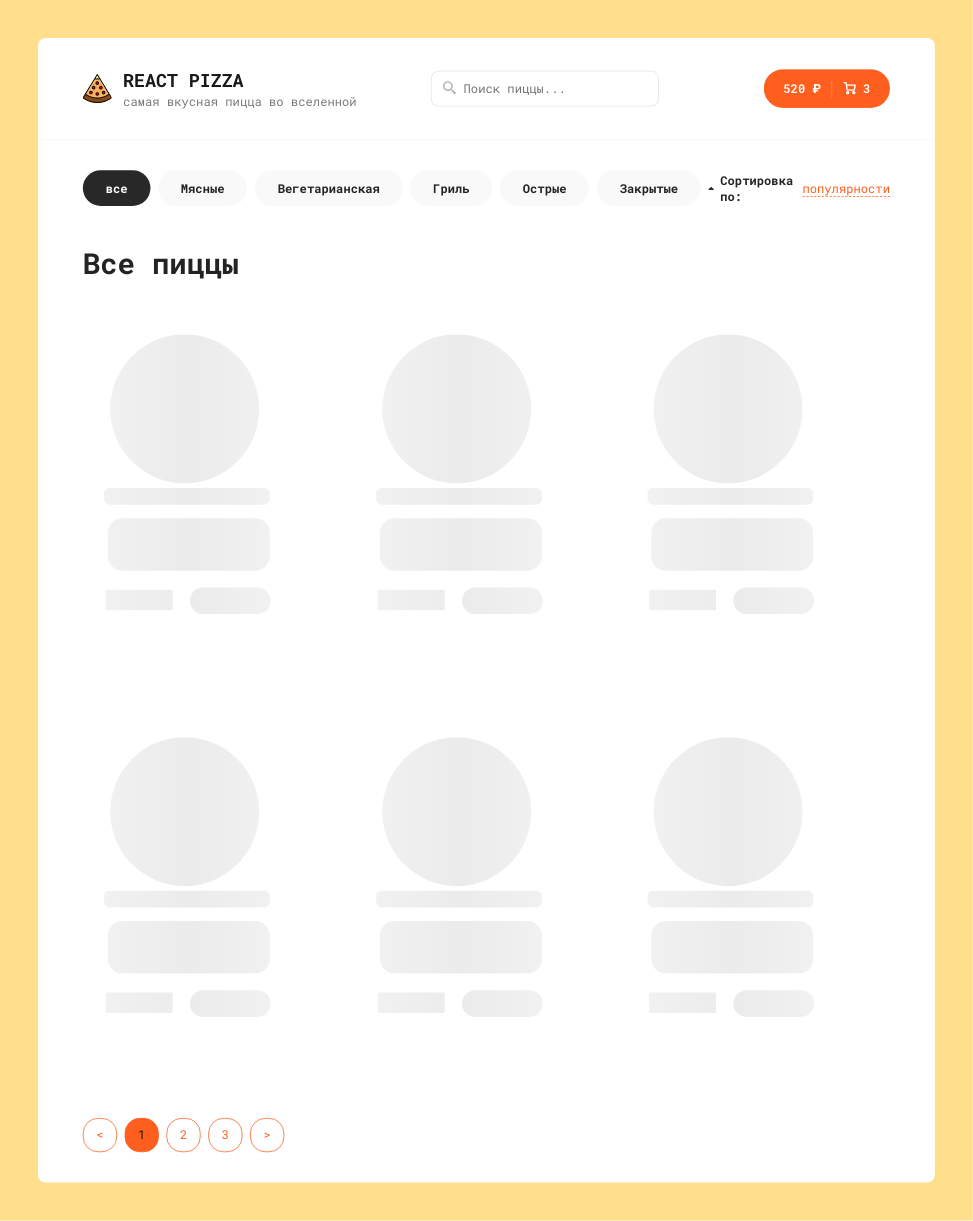
Repository: TI-IT/react-pizza2
Page: /
The author's editor kept a copy of each file at every save. The page is drawn from the files as they stood at one save, then again after the next save.
The browser window is 1280 px wide. The pictures show the whole page, at 76% of full size.
The page's requests for data from a server got no answer. The project was rebuilt for these pictures with package versions that can differ from the ones it lists, and the page was loaded fresh each time. No one was signed in, and anything a server would have sent is missing. Also part of the build but not shown: src/components/PizzaBlock.jsx, src/pages/Cart.jsx, src/components/NotFoundBlock/NotFounBlock.module.scss, src/components/NotFoundBlock/index.jsx, src/pages/NotFound.tsx.

Above is the page before, as saved 2022-10-17 20:20:17.

After the next save:
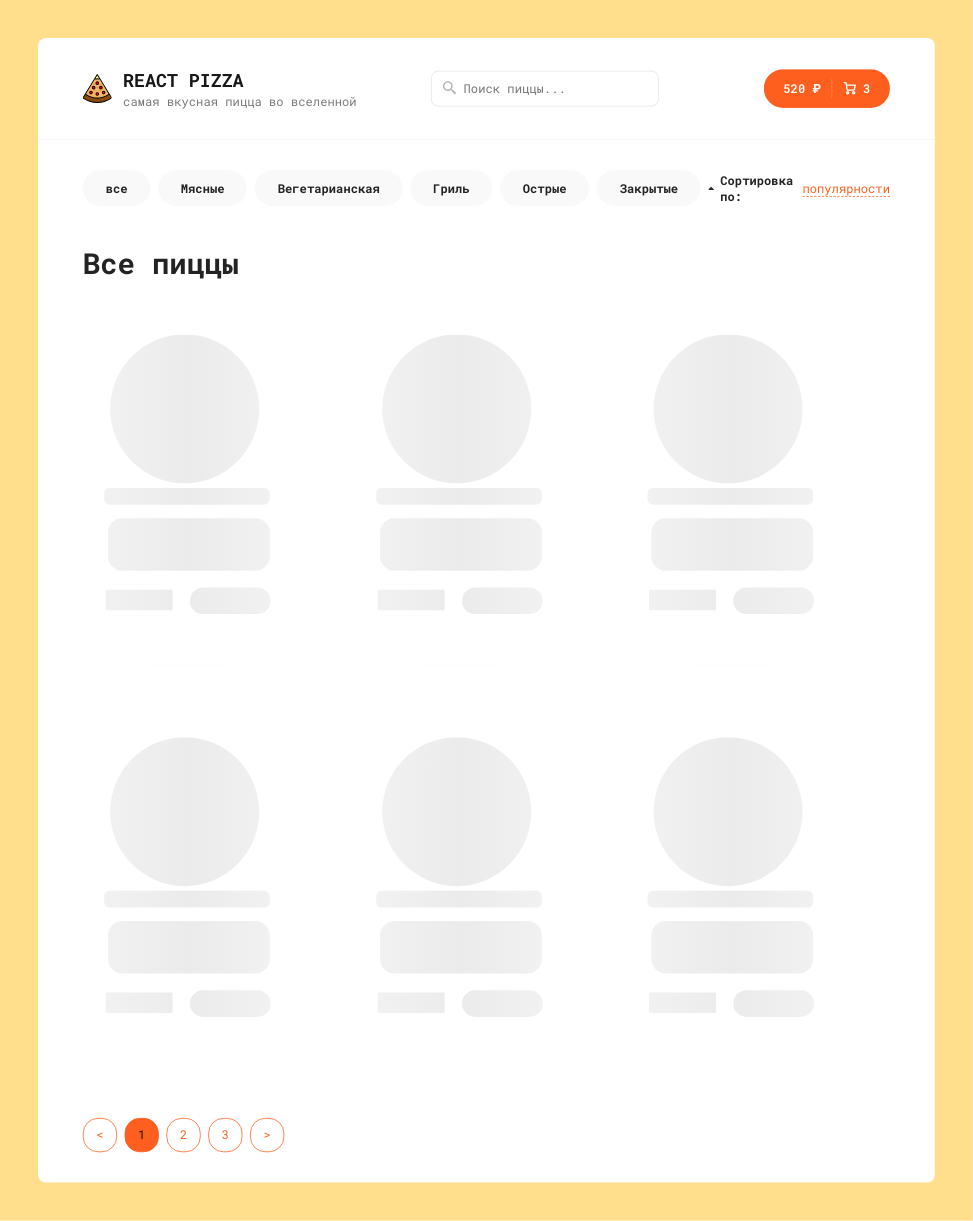
Saved 22 s later.
--- a/src/redux/slices/filterSlice.js
+++ b/src/redux/slices/filterSlice.js
@@ -1,7 +1,7 @@
 import { createSlice } from '@reduxjs/toolkit'
 
 const initialState = {
-  categoryId: 0,
+  categoryId: 55,
   sort: {
     name: 'популярности',
     sortProperty: 'rating'

After the save that followed:
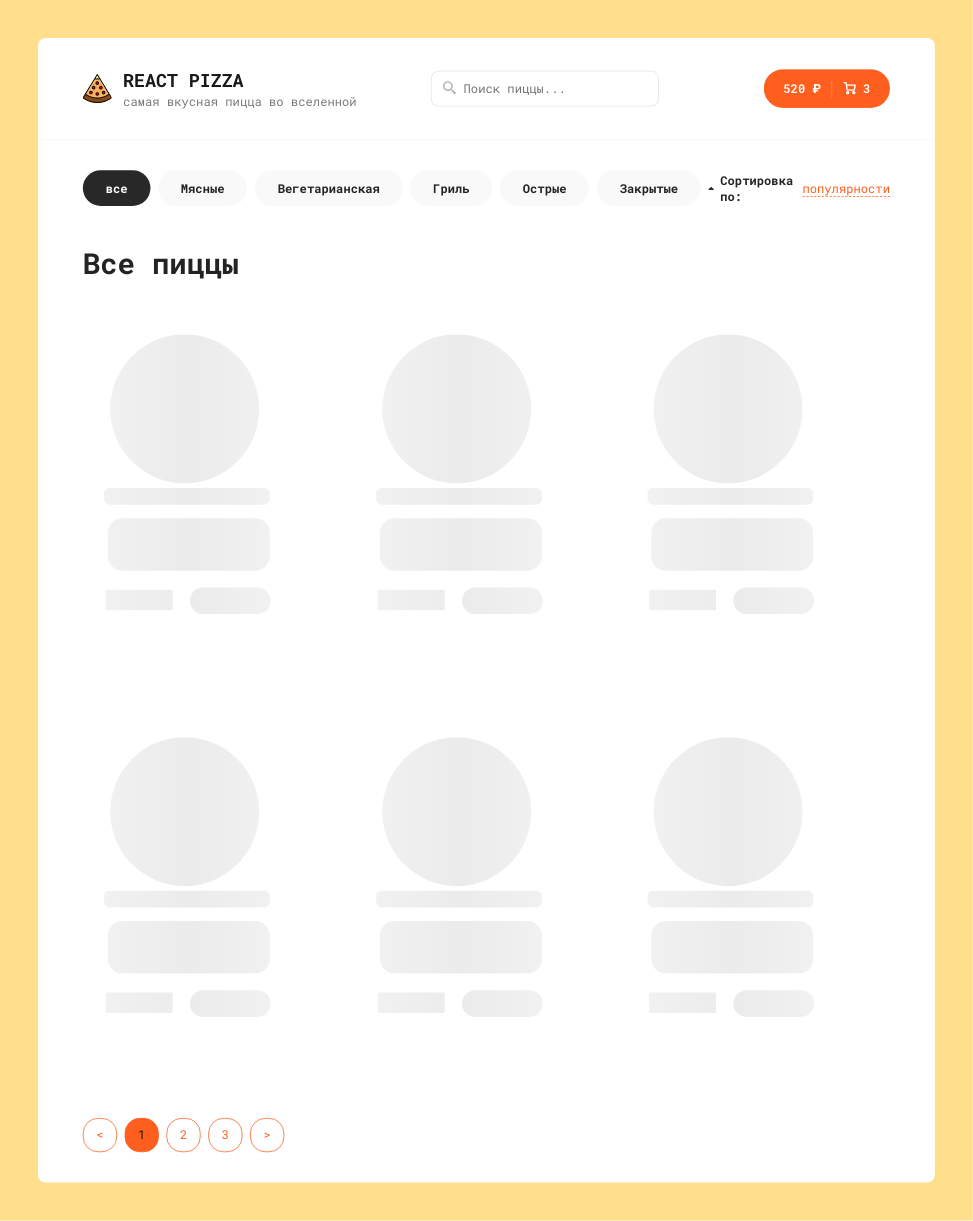
Saved 10 s later.
--- a/src/redux/slices/filterSlice.js
+++ b/src/redux/slices/filterSlice.js
@@ -1,7 +1,7 @@
 import { createSlice } from '@reduxjs/toolkit'
 
 const initialState = {
-  categoryId: 55,
+  categoryId: 0,
   sort: {
     name: 'популярности',
     sortProperty: 'rating'
